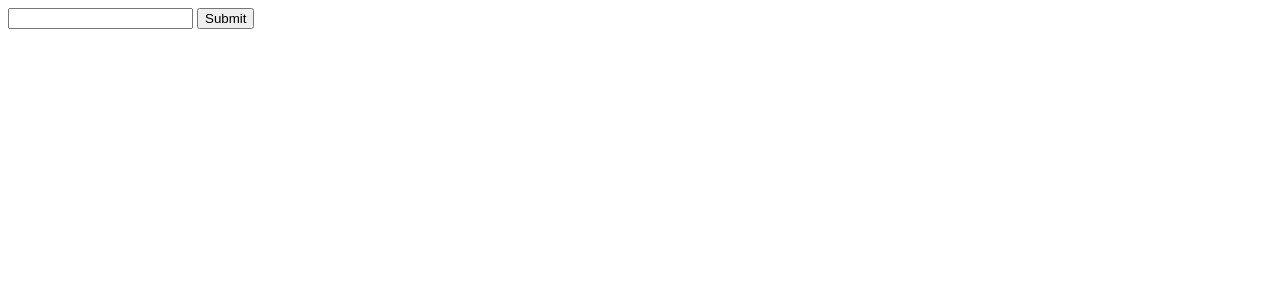
Repository: jn222rv/1dv403-laborationer
Page: 4-thequiz/index.html
The author's editor kept a record of every edit. The page is drawn from the files as they stood at one moment, then again after the next edit.
The browser window is 1280 px wide. The pictures show the whole page.
The page's requests for data from a server got no answer.

Above is the page before.
Console error: ReferenceError: Quiz is not defined

After the next edit:
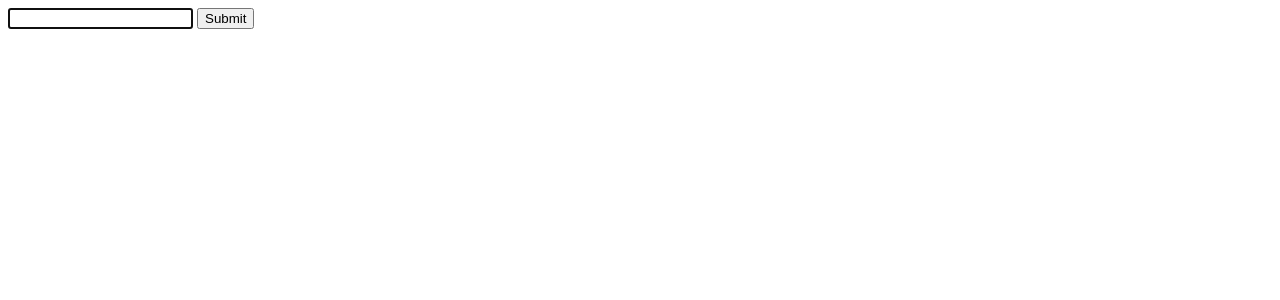
Console error: TypeError: quiz.getQuestion is not a function
The edit:
--- a/4-thequiz/index.html
+++ b/4-thequiz/index.html
@@ -11,6 +11,7 @@
             <input type="text" name="answer"/>
             <input type="submit" value="Submit"/>
         </form>
+        <script type="text/javascript" src="js/quiz.js"></script>
         <script type="text/javascript" src="js/basic.js"></script>
     </body>
 

After the 3 edits that followed:
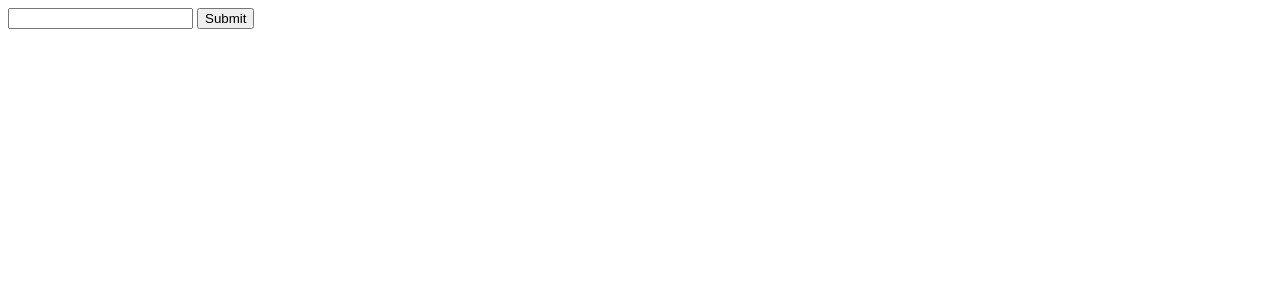
Console error: SyntaxError: Invalid or unexpected token
The 3 edits are shown as one change because 2 left the picture as it was.
The edit:
--- a/4-thequiz/index.html
+++ b/4-thequiz/index.html
@@ -1,7 +1,8 @@
 <!DOCTYPE html>
 <html>
     <head>
-
+        <meta charset="UTF-8"/>
+        <title>Quiz</title>
     </head>
     <body>
         <div id="question">
--- a/4-thequiz/js/basic.js
+++ b/4-thequiz/js/basic.js
@@ -6,7 +6,7 @@
   var quiz = new Quiz();
   quiz.init();
 
-  var div = document.createElement("div");
+  /*var div = document.createElement("div");
   var p = document.createElement("p");
 
   p.innerHTML = quiz.getQuestion();
@@ -24,3 +24,5 @@
 window.onload = function(){
   new QuizBoard();
 };
+
+//<link rel="stylesheet" href="css/basic.css" type="text/css" />
